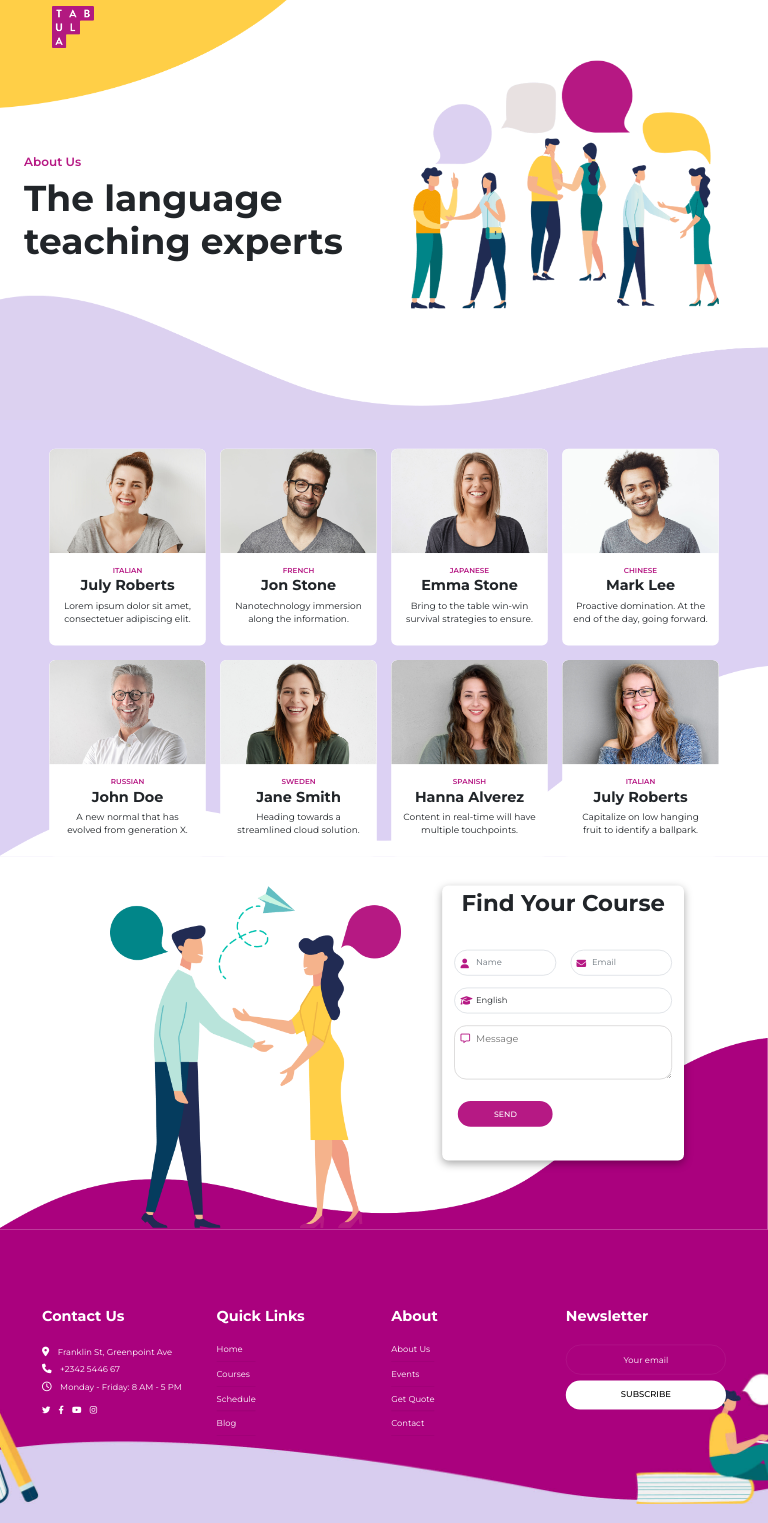
Repository: minhtrivu6199/tabula
Page: index.html
These files come from the project's save history. The page is drawn as it stood at one moment and after the next save; the edit follows.
The browser window is 1280 px wide. The pictures show the whole page, at 60% of full size.
Some web libraries are served in a nearby version. The style sheet was rebuilt from its Sass, Less or Tailwind sources for each picture, by a compiler version that may differ from the author's.

Above is the page before, as saved 2022-09-30 04:08:41.

After the next save:
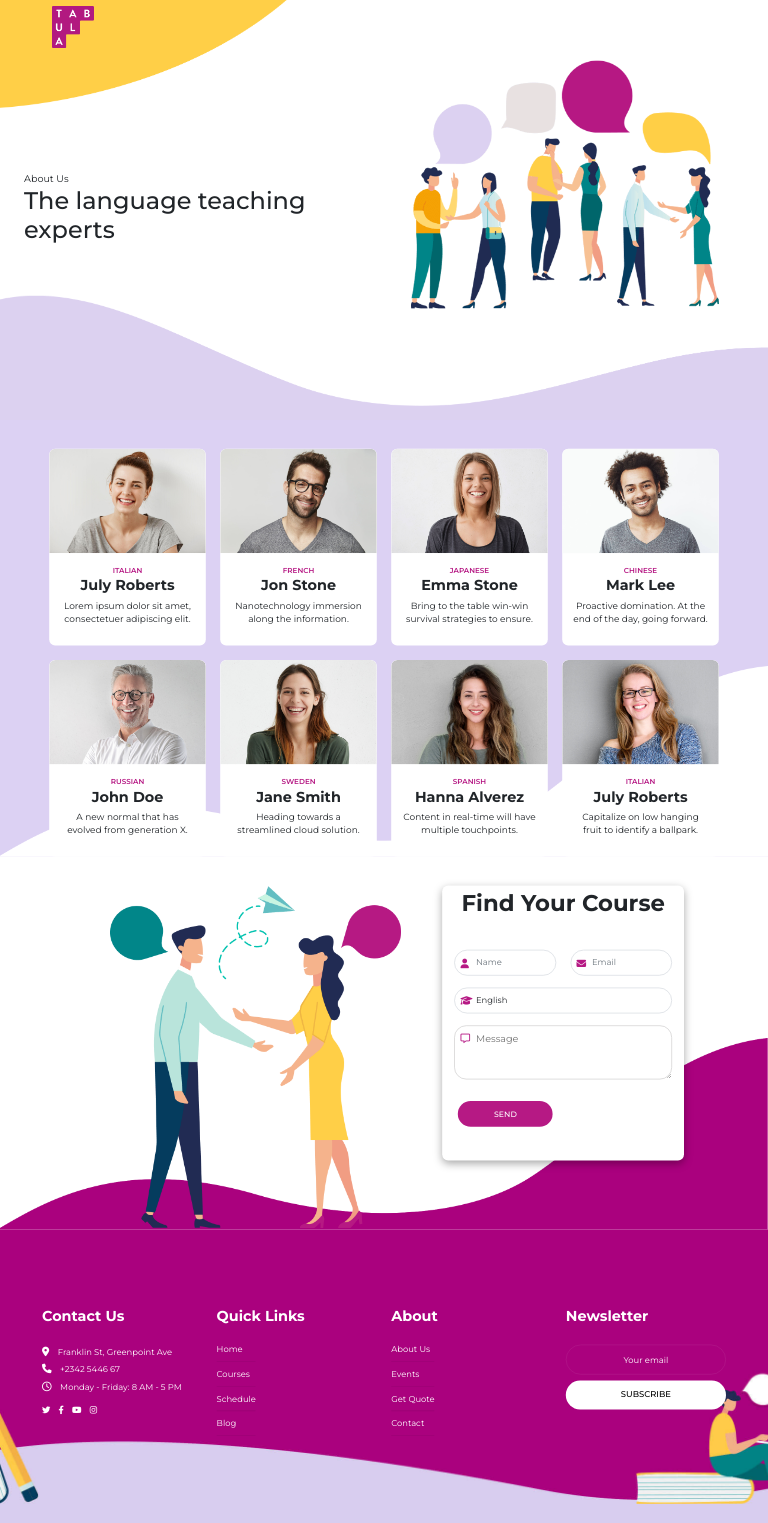
Saved 59 s later.
--- a/index.html
+++ b/index.html
@@ -144,13 +144,13 @@
           <div class="cell">
             <div class="cell-inner">
               <div class="row">
-                <div class="col-6">
+                <div class="col-lg-6 col-md-12 col-12">
                   <div class="col-content">
                     <span class="subtitle"> About Us </span>
                     <h1 class="title">The language teaching experts</h1>
                   </div>
                 </div>
-                <div class="col-6">
+                <div class="col-lg-6 col-md-12 col-12">
                   <div class="col-content">
                     <div class="col-thumb">
                       <img src="./img/hero_team.png" alt="" />
